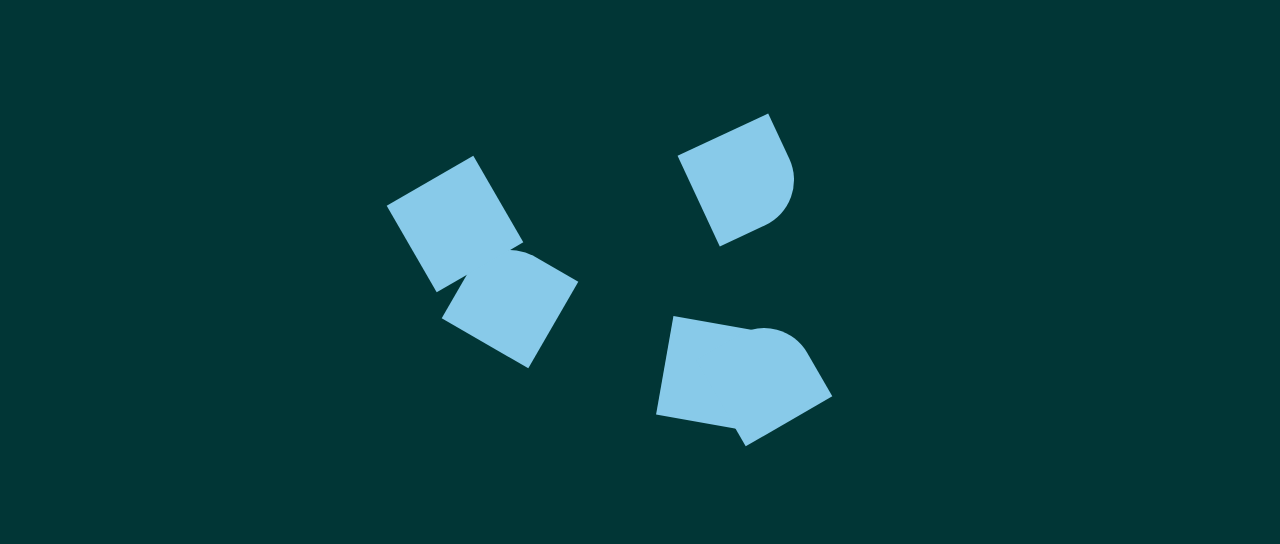
Repository: fangYiYuan/javascript-
Page: transform/添加多个transform属性值.html
The author's editor kept a copy of each file at every save. The page is drawn from the files as they stood at one save, then again after the next save.
The browser window is 1280 px wide. The pictures show the whole page.

Above is the page before, as saved 2020-04-16 15:37:54.

After the next save:
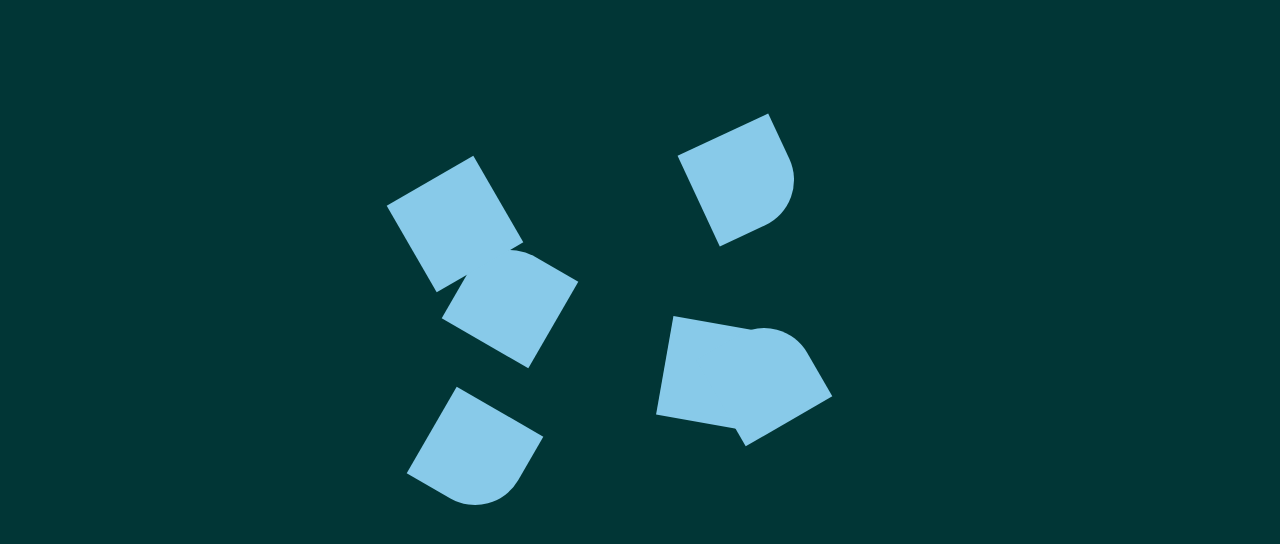
Saved 12 s later.
--- a/transform/添加多个transform属性值.html
+++ b/transform/添加多个transform属性值.html
@@ -40,7 +40,7 @@
   }
   .grid div:nth-child(5){
     border-radius: 0 0 0 50px;
-    transform: translate(-650px, 97px) rotate(-60deg);
+    transform: translate(-65px, 97px) rotate(-60deg);
   }
   .grid div:nth-child(6){
     border-radius: 0 0 50px 0;
